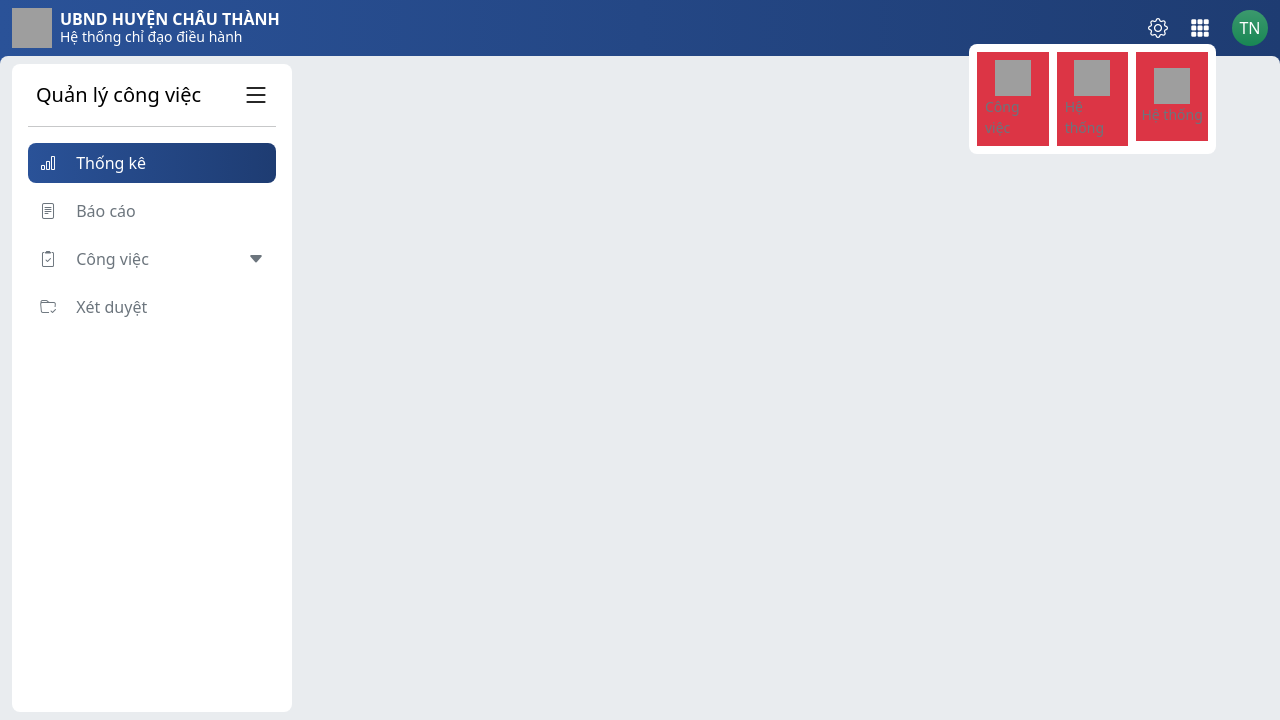
Repository: mys-pro/DATT-HeThongChiDaoDieuHanh
Page: index.html
These files come from the project's save history. The page is drawn as it stood at one moment and after the next save; the edit follows.
The browser window is 1280 px wide. The pictures show the whole page.
Pictures or frames that could not be fetched are drawn as grey boxes.

Above is the page before, as saved 2024-04-21 15:18:21.

After the next save:
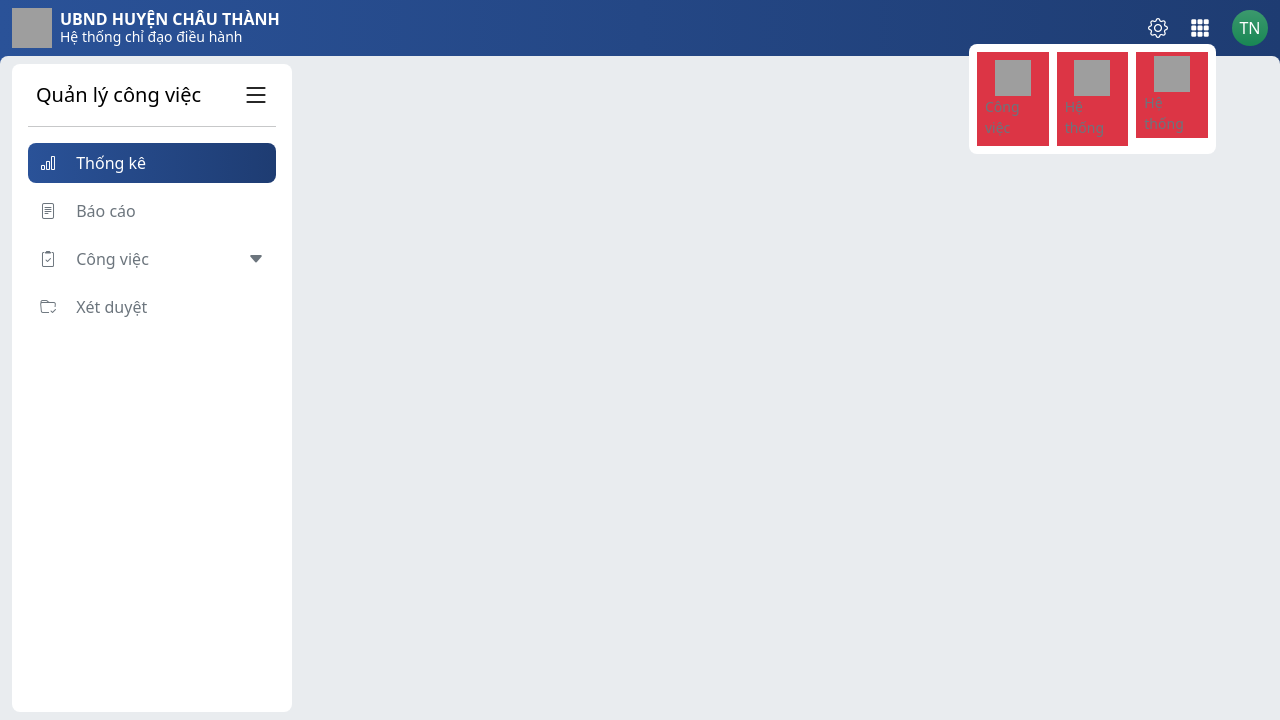
Saved 7 s later.
--- a/index.html
+++ b/index.html
@@ -53,7 +53,7 @@
                                         </a>
                                     </div>
                                     <div class="col">
-                                        <a href="#" class="text-decoration-none text-secondary d-flex flex-column align-items-center bg-danger px-1 py-3">
+                                        <a href="#" class="text-decoration-none text-secondary d-flex flex-column align-items-center bg-danger px-2 py-1">
                                             <img src="./Assets/Image/admin-icon.png" alt="" width="36px" height="36px">
                                             Hệ thống
                                         </a>
